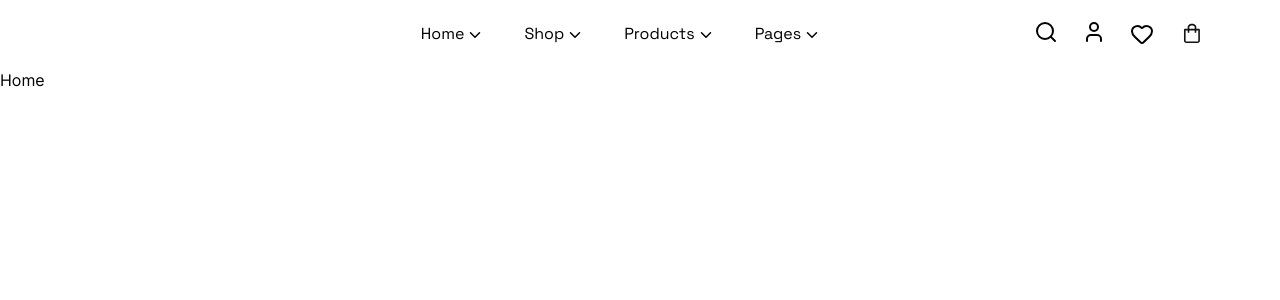
Repository: abdulmalikyusuf/HNG11-Stage02
Page: /
An editor plug-in stored every save of this project. The page is shown before and after the next save, followed by the edit.
The browser window is 1280 px wide. The pictures show the whole page.
The project was rebuilt for these pictures with package versions that can differ from the ones it lists, and the page was loaded fresh each time. Also part of the build but not shown: vite.config.ts.

Above is the page before, as saved 2024-07-07 15:31:49.

After the next save:
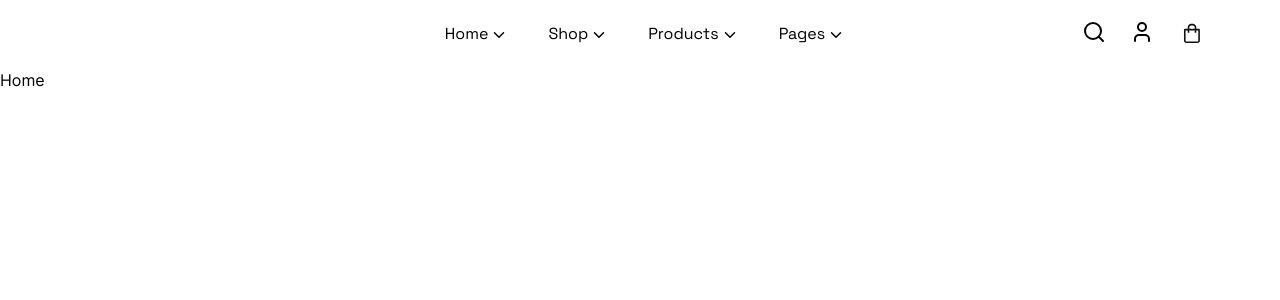
Saved 37 s later.
--- a/src/components/header.tsx
+++ b/src/components/header.tsx
@@ -58,9 +58,6 @@
         <button className="hidden md:inline-flex size-7">
           <Icons.user className="" />
         </button>
-        <button type="button" className="size-7">
-          <Icons.heart />
-        </button>
         <CartButton numOfItems={2} />
       </div>
     </header>
